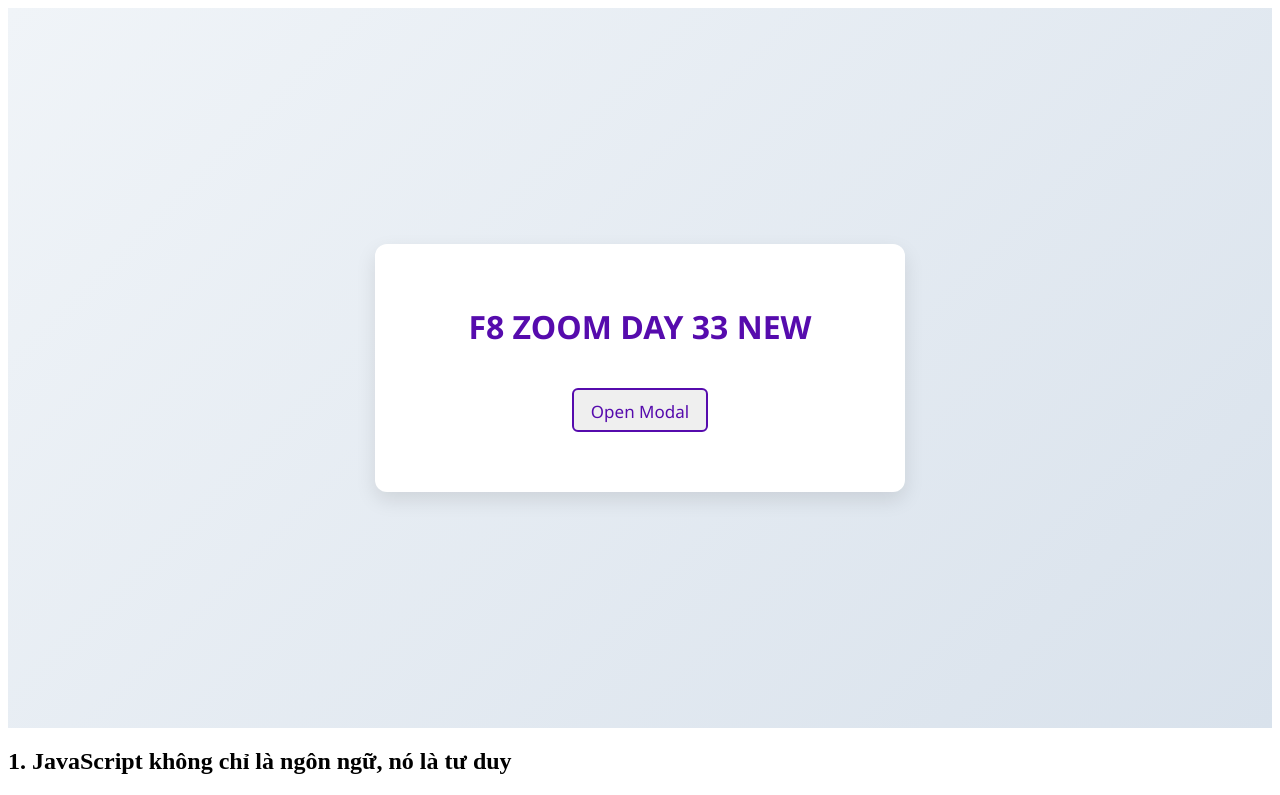
Repository: lannguyen1301/f8-zoom-day-33-new
Page: index.html
These files come from the project's save history. The page is drawn as it stood at one moment and after the next save; the edit follows.
The browser window is 1280 px wide. The pictures show the whole page.

Above is the page before, as saved 2025-08-07 23:08:49.

After the next save:
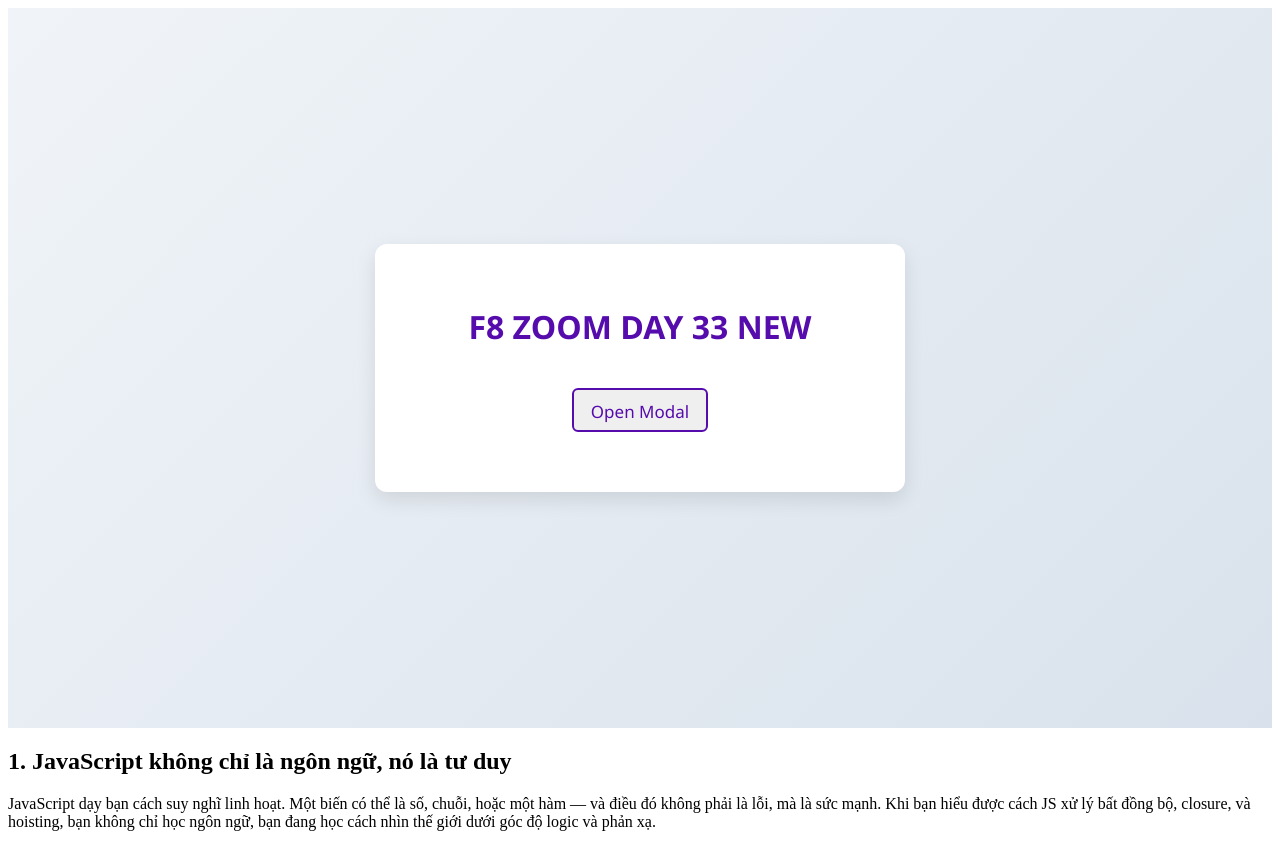
Saved 12 s later.
--- a/index.html
+++ b/index.html
@@ -30,3 +30,8 @@
 <h2>
     1. JavaScript không chỉ là ngôn ngữ, nó là tư duy
 </h2>
+<p>
+    JavaScript dạy bạn cách suy nghĩ linh hoạt. Một biến có thể là số, chuỗi, hoặc một hàm — và điều đó không phải là
+    lỗi, mà là sức mạnh. Khi bạn hiểu được cách JS xử lý bất đồng bộ, closure, và hoisting, bạn không chỉ học ngôn ngữ,
+    bạn đang học cách nhìn thế giới dưới góc độ logic và phản xạ.
+</p>
